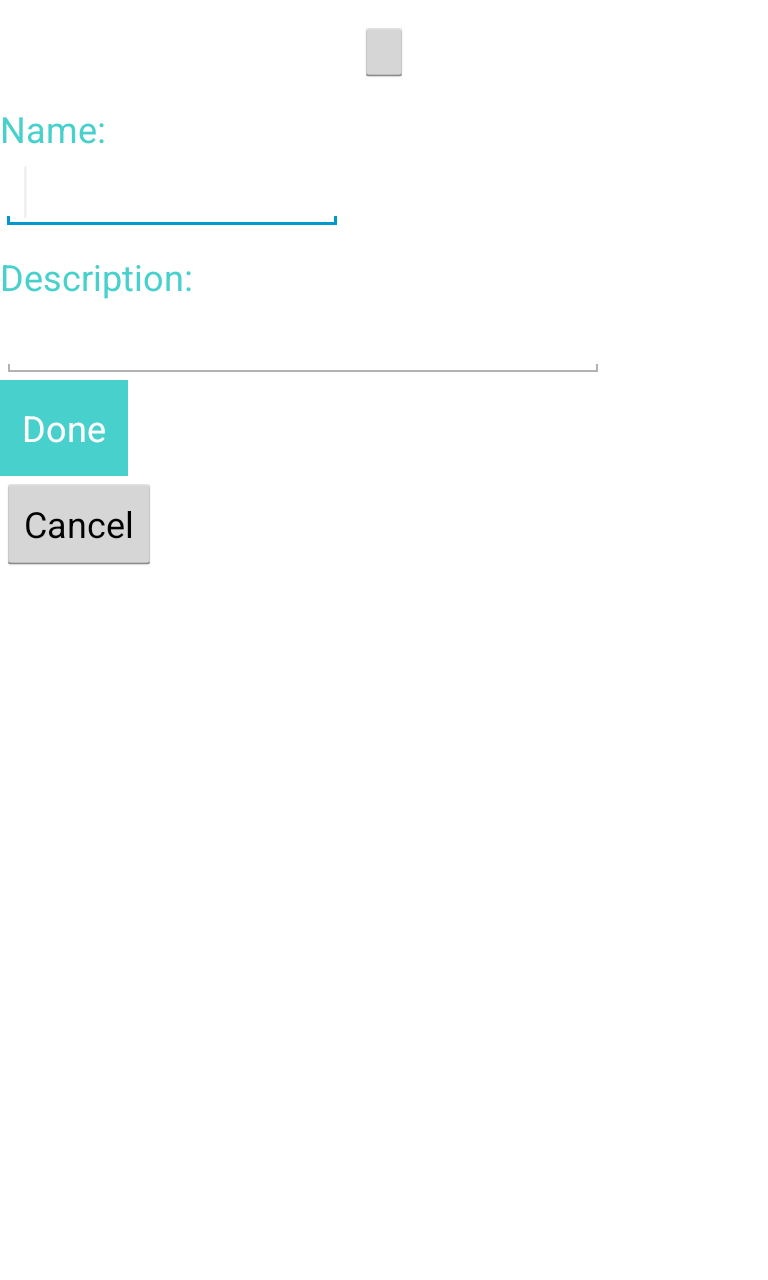
Repository: COMP231-S63G1/COMP231-S63G1
Layout: Wanna/res/layout/activity_create_organization_profile.xml
These files come from the project's save history. The layout is drawn as it stood at one moment and after the next save; the edit follows.
It is drawn on a 768 x 1280 px phone screen (xhdpi) without system bars, with theme AppTheme; the app's code is not run.

Above is the layout before, as saved 2014-11-29 20:35:08.

After the next save:
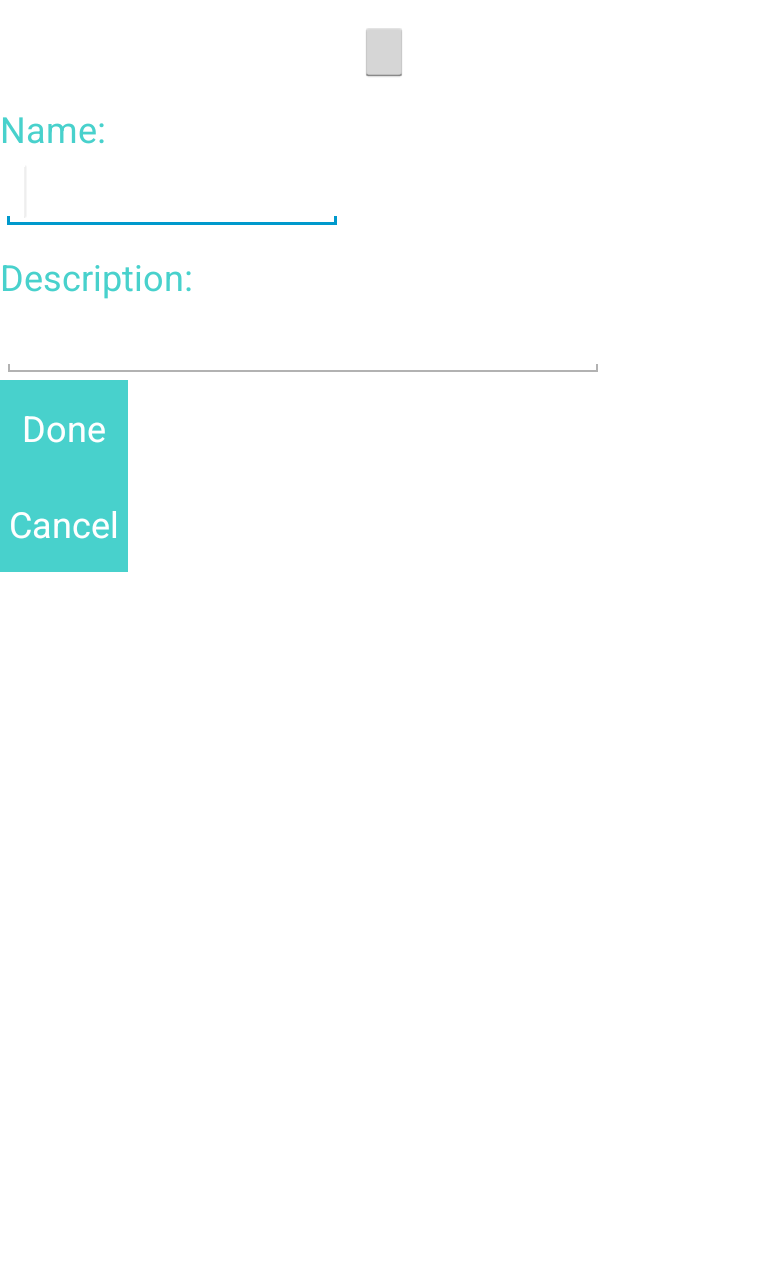
Saved 19 s later.
--- a/Wanna/res/layout/activity_create_organization_profile.xml
+++ b/Wanna/res/layout/activity_create_organization_profile.xml
@@ -65,7 +65,10 @@
         android:layout_width="wrap_content"
         android:layout_height="wrap_content"
         android:text="@string/cancel"
-        android:onClick="onCancleCreateProfileClick" />
+        android:onClick="onCancleCreateProfileClick"
+        android:background="#48D1CC"
+        android:textColor="#ffffff"
+        />
 
 </LinearLayout>
 </ScrollView>
